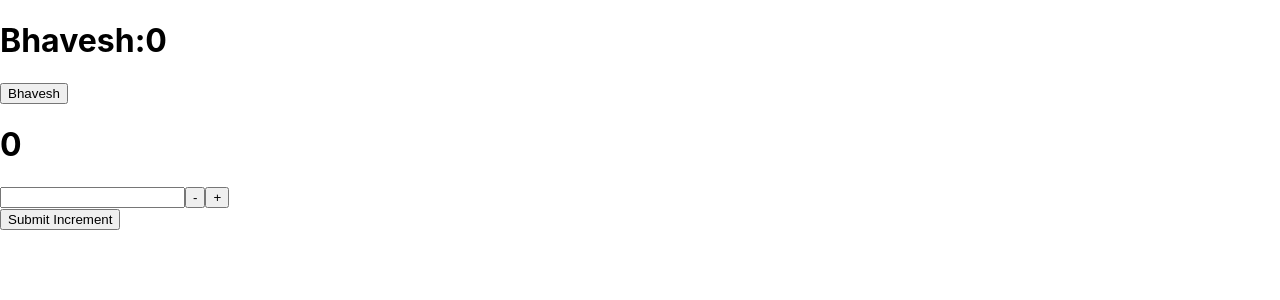
Repository: bhaveshtrades/reactpractice
Page: / (app in reactpractice/)
The author's editor kept a copy of each file at every save. The page is drawn from the files as they stood at one save, then again after the next save.
The browser window is 1280 px wide. The pictures show the whole page.
The project was rebuilt for these pictures with package versions that can differ from the ones it lists, and the page was loaded fresh each time. Also part of the build but not shown: reactpractice/src/App.css.

Above is the page before, as saved 2022-09-10 21:03:56.

### reactpractice/src/index.js
import React from 'react';
import ReactDOM from 'react-dom/client';
import './index.css';
import App from './App';
import reportWebVitals from './reportWebVitals';
import {store} from './ReduxToolkit/Store'
import { Provider } from 'react-redux';

const root = ReactDOM.createRoot(document.getElementById('root'));
root.render(
  <Provider store={store}>
  <React.StrictMode>
    <App />
  </React.StrictMode>
  </Provider>
);

// If you want to start measuring performance in your app, pass a function
// to log results (for example: reportWebVitals(console.log))
// or send to an analytics endpoint. Learn more: https://bit.ly/CRA-vitals
reportWebVitals();

### reactpractice/src/App.js
import { useDispatch, useSelector } from 'react-redux';
import './App.css';
import FirstButton from './components/FirstButton';
import {increment, decrement, incrementByAmount} from './ReduxToolkit/Reducer';
import { useState } from 'react';

function App() {

  const[incrementAmount, setIncrementAmount] = useState(2);

  const count = useSelector((state) => state.reducer.value)
  const dispatch = useDispatch();


  return (
    <>
      <FirstButton/>

      <h1>{count}</h1>
      <input type='number' onChange={(e)=>{setIncrementAmount(e.target.value)}}/>
      <button onClick={()=>dispatch(decrement())}>-</button>
      <button onClick={()=>dispatch(increment())}>+</button>
      <br/>
      <button onClick={()=>dispatch(incrementByAmount((Number(incrementAmount))))}>Submit Increment</button>
    </>
  );
}

export default App;

### reactpractice/src/ReduxToolkit/Store.jsx
import { configureStore } from '@reduxjs/toolkit'
import CounterReducer from './Reducer';

export const store = configureStore({
  reducer: {
    reducer: CounterReducer
  }
})

### reactpractice/src/components/FirstButton.jsx
import React from 'react'
import LoaderHOC from './LoaderHOC';

function FirstButton({heading, count, name}) {
  return (
    <div>
       <h1>{name}:{heading}</h1>
      <button onClick={count}>{name}</button>
    </div>
  )
}

export default LoaderHOC(FirstButton);

### reactpractice/src/ReduxToolkit/Reducer.jsx
import { createSlice } from '@reduxjs/toolkit'

const initialState = {
  value: 0,
}

export const counterSlice = createSlice({
  name: 'counter',
  initialState,
  reducers: {
    increment: (state) => {
      state.value += 1
    },
    decrement: (state) => {
      if(state.value !== 0){
        state.value -= 1
      }else{
        state.value = 0
      }
    },
    incrementByAmount: (state, action) => {
      state.value += action.payload
    },
  },
})

export const { increment, decrement, incrementByAmount } = counterSlice.actions

export default counterSlice.reducer

### reactpractice/src/components/LoaderHOC.jsx
import { useState } from 'react';

const LoaderHOC = (WrappedComponent)=>{
    function Button(){
        const[state, setState] = useState(0);
        return(
            <>
              <WrappedComponent count={()=>{setState(state+1)}} heading={state} name="Bhavesh"></WrappedComponent>
            </>
        )
    }
    return Button;
}

export default LoaderHOC;

### reactpractice/src/components/Child.js
import React from 'react'

function Child({setConsole}){
  return (
    <div>
      <button onClick={()=>setConsole}>Print my name</button>
    </div>
  )
}

export default Child

Loaded but not shown: reactpractice/public/index.html (common file); reactpractice/src/index.css (common file); reactpractice/src/reportWebVitals.js (common file)

After the next save:
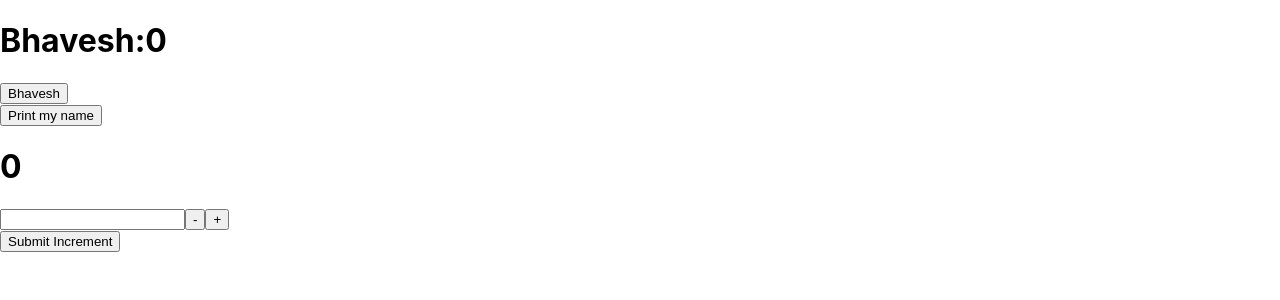
Saved 45 s later.
--- a/reactpractice/src/App.js
+++ b/reactpractice/src/App.js
@@ -3,6 +3,7 @@
 import FirstButton from './components/FirstButton';
 import {increment, decrement, incrementByAmount} from './ReduxToolkit/Reducer';
 import { useState } from 'react';
+import Child from './components/Child';
 
 function App() {
 
@@ -15,6 +16,7 @@
   return (
     <>
       <FirstButton/>
+      <Child setConsole={console.log('Bhavesh')}/>
 
       <h1>{count}</h1>
       <input type='number' onChange={(e)=>{setIncrementAmount(e.target.value)}}/>

After the 4 saves that followed:
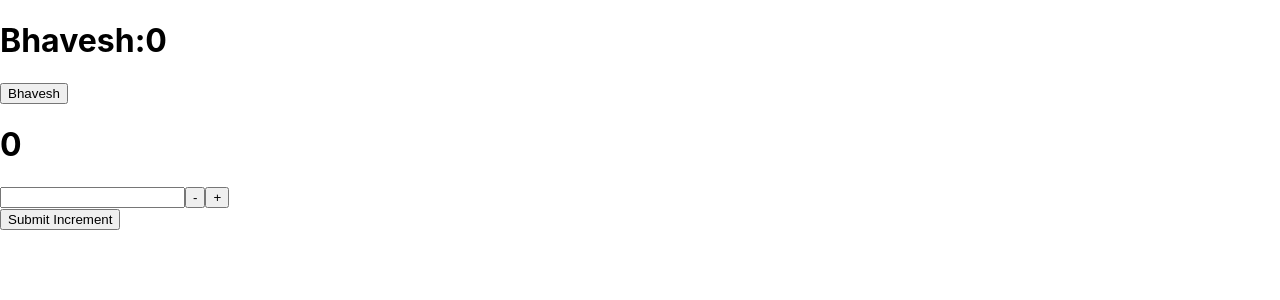
The 4 saves are shown as one change because 2 did not build or start and 1 left the picture as it was.
The last was saved 4 min 38 s later.
--- a/reactpractice/src/App.js
+++ b/reactpractice/src/App.js
@@ -3,7 +3,6 @@
 import FirstButton from './components/FirstButton';
 import {increment, decrement, incrementByAmount} from './ReduxToolkit/Reducer';
 import { useState } from 'react';
-import Child from './components/Child';
 
 function App() {
 
@@ -16,7 +15,6 @@
   return (
     <>
       <FirstButton/>
-      <Child setConsole={console.log('Bhavesh')}/>
 
       <h1>{count}</h1>
       <input type='number' onChange={(e)=>{setIncrementAmount(e.target.value)}}/>
--- a/reactpractice/src/components/Child.js
+++ b/reactpractice/src/components/Child.js
@@ -1,9 +1,9 @@
 import React from 'react'
 
-function Child({setConsole}){
+function Child() {
   return (
     <div>
-      <button onClick={()=>setConsole}>Print my name</button>
+
     </div>
   )
 }
